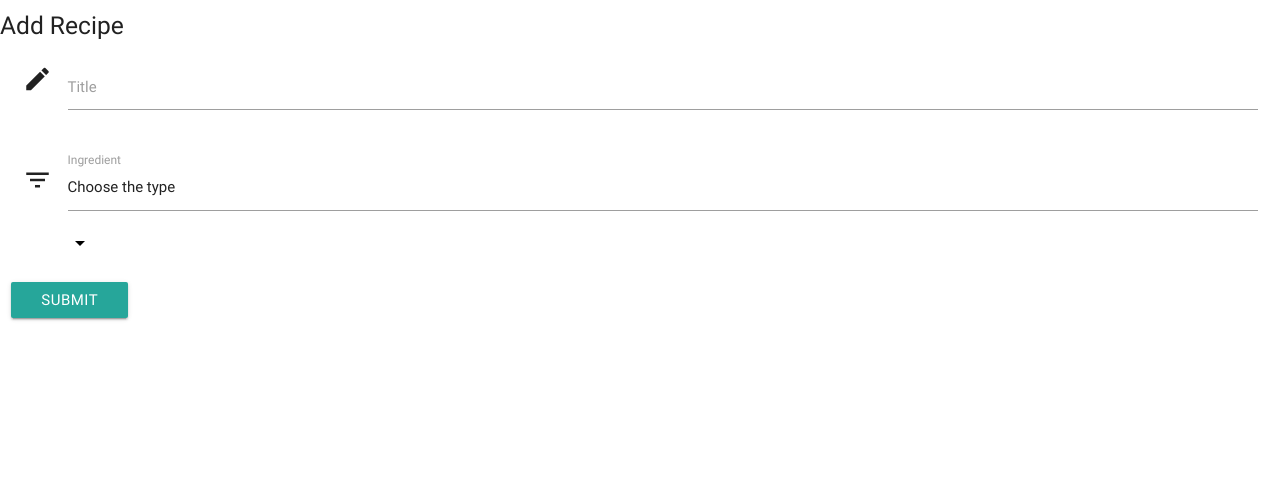
Repository: neillarkin/atari-app
Page: http://localhost/add_recipe
The author's editor kept a record of every edit. The page is drawn from the files as they stood at one moment, then again after the next edit.
The browser window is 1280 px wide. The pictures show the whole page.
The page is served by the project's application, run on Flask 3 (run.py). Queries for data that is not in the repository find no rows.

Above is the page before.

### templates/add_recipe.html
{% extends 'base.html' %} {% block content %}

<h5>Add Recipe</h5>
<div class="row">
  <form action="{{ url_for('create_recipe') }}" method="POST" class="col s12">

    <div class="row">
      <div class="input-field col s12">
        <i class="material-icons prefix">create</i>
        <input id="input_text" name="recipe_name" type="text" data-length="20" class="validate">
        <label for="input_text">Title</label>
      </div>
    </div>

  <div class="row">
      <div class="input-field col s12">
        <i class="material-icons prefix">filter_list</i>
        <select id="ingredient" name="ingredient_name">
          <option value="" disabled selected>Choose the type</option>
          {% for ingredient in ingredients %}
            <option value="{{ingredient.ingredient_name}}">{{ingredient.ingredient_name}}</option>
          {% endfor %}
        </select>
        <label>Ingredient</label>
      </div>
    </div>


    <!--<div class="row">-->
    <!--  <div class="input-field col s12">-->
    <!--    <i class="material-icons prefix">subject</i>-->
    <!--    <textarea id="textarea2" class="materialize-textarea" name="description" data-length="40"></textarea>-->
    <!--    <label for="textarea2">Description</label>-->
    <!--  </div>-->
    <!--</div>-->

    <!--<div class="row">-->
    <!--  <div class="input-field col s12">-->
    <!--    <i class="material-icons prefix">filter_list</i>-->
    <!--    <select id="category" name="category_name">-->
    <!--      <option value="" disabled selected>Choose the type</option>-->
    <!--      {% for category in categories %}-->
    <!--        <option value="{{category.category_name}}">{{category.category_name}}</option>-->
    <!--      {% endfor %}-->
    <!--    </select>-->
    <!--    <label>Type of Dish</label>-->
    <!--  </div>-->
    <!--</div>-->


    <div class="row">
      <button class="btn waves-effect waves-light" type="submit">Submit</button>
    </div>
  </form>

</div>
{% endblock %}

### templates/base.html
<!DOCTYPE html>
<html>

<head>
    <link href="https://fonts.googleapis.com/icon?family=Material+Icons" rel="stylesheet">
    <link rel="stylesheet" href="https://cdnjs.cloudflare.com/ajax/libs/materialize/0.100.2/css/materialize.min.css">
</head>

<body>
    {% block content %} {% endblock %}
    <script src="https://code.jquery.com/jquery-3.4.1.min.js" integrity="sha256-CSXorXvZcTkaix6Yvo6HppcZGetbYMGWSFlBw8HfCJo=" crossorigin="anonymous"></script>
    <script src="https://cdnjs.cloudflare.com/ajax/libs/materialize/1.0.0/js/materialize.min.js"></script>
    <script>
        $(document).ready(function() {
            $('.collapsible').collapsible();
            $('input#input_text, textarea#textarea2').characterCounter();
            $('select').formSelect();
            //   $('select').material_select();
        });
    </script>
</body>

</html>

### run.py
import os
from flask import Flask, render_template, redirect, request, url_for
from flask_pymongo import PyMongo
from bson.objectid import ObjectId

app = Flask(__name__)

app.config["MONGO_DBNAME"] = 'recipe_db'
app.config['MONGO_URI'] = 'mongodb+srv://root:r00tUser@myfirstcluster-tbkzy.mongodb.net/recipe_db?retryWrites=true&w=majority'

mongo = PyMongo(app) #constructor method

#route decorator is a URL that redirects to a Python function
@app.route('/')
@app.route('/get_recipes')
def get_tasks():
    return render_template("recipes.html", recipes=mongo.db.recipes.find())

@app.route('/add_recipe')
def add_recipe():
    return render_template('add_recipe.html', categories=mongo.db.categories.find())

@app.route('/create_recipe', methods=['POST'])
def create_recipe():
    recipes = mongo.db.recipes
    recipes.insert_one(request.form.to_dict()) #insert request oject which is our form
    return redirect(url_for('get_recipes'))  # redirect to the get_recipes page to see the new entry


if __name__ == '__main__':
    app.run(host=os.environ.get('IP'),
            port=int(os.environ.get('PORT')),
            debug=True)

After the next edit:
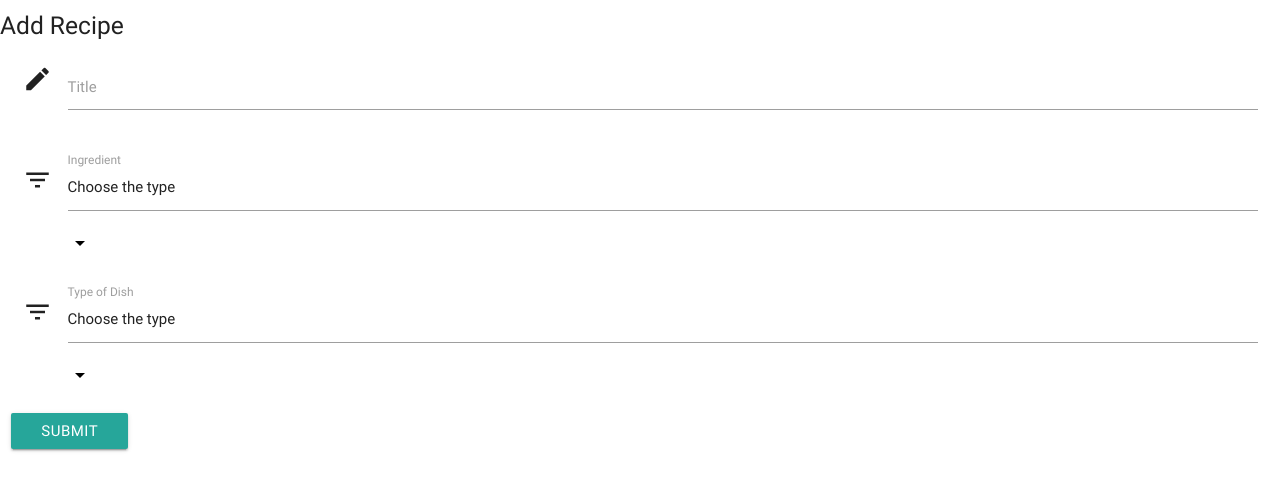
The edit:
--- a/templates/add_recipe.html
+++ b/templates/add_recipe.html
@@ -34,18 +34,18 @@
     <!--  </div>-->
     <!--</div>-->
 
-    <!--<div class="row">-->
-    <!--  <div class="input-field col s12">-->
-    <!--    <i class="material-icons prefix">filter_list</i>-->
-    <!--    <select id="category" name="category_name">-->
-    <!--      <option value="" disabled selected>Choose the type</option>-->
-    <!--      {% for category in categories %}-->
-    <!--        <option value="{{category.category_name}}">{{category.category_name}}</option>-->
-    <!--      {% endfor %}-->
-    <!--    </select>-->
-    <!--    <label>Type of Dish</label>-->
-    <!--  </div>-->
-    <!--</div>-->
+    <div class="row">
+      <div class="input-field col s12">
+        <i class="material-icons prefix">filter_list</i>
+        <select id="category" name="category_name">
+          <option value="" disabled selected>Choose the type</option>
+          {% for category in categories %}
+            <option value="{{category.category_name}}">{{category.category_name}}</option>
+          {% endfor %}
+        </select>
+        <label>Type of Dish</label>
+      </div>
+    </div>
 
 
     <div class="row">
